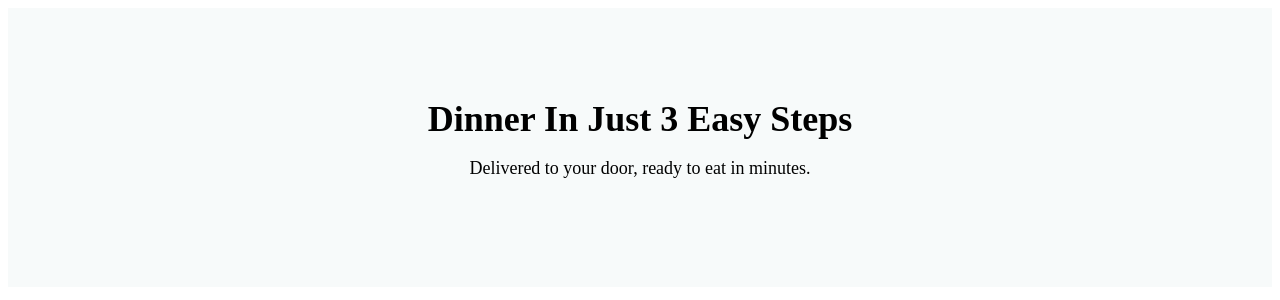
Repository: ST-United-Internship/leadpage
Page: icons-UI.html
The author's editor kept a copy of each file at every save. The page is drawn from the files as they stood at one save, then again after the next save.
The browser window is 1280 px wide. The pictures show the whole page.

Above is the page before, as saved 2023-03-15 09:23:49.

### icons-UI.html
<!DOCTYPE html>
<html lang="en">
<head>
    <meta charset="UTF-8">
    <meta http-equiv="X-UA-Compatible" content="IE=edge">
    <meta name="viewport" content="width=device-width, initial-scale=1.0">
    <title>Document</title>
    <link rel="stylesheet" href="css/icons-UI.css">
</head>
<body>
    <div class="about">
        <div class="title-text">
            <h2>Dinner In Just 3 Easy Steps</h2>
            <p>Delivered to your door, ready to eat in minutes.</p>
        </div>
    </div>
</body>
</html>

### css/icons-UI.css
.about{
    background-color: #f7fafa;
}

.about .title-text{
    text-align: center;
    padding: 90px;
}

.about .title-text h2{
    font-size: 36px;
    margin: 0px 0px 10px 0px;
}

.about .title-text p{
    font-size: 18px;
}

After the next save:
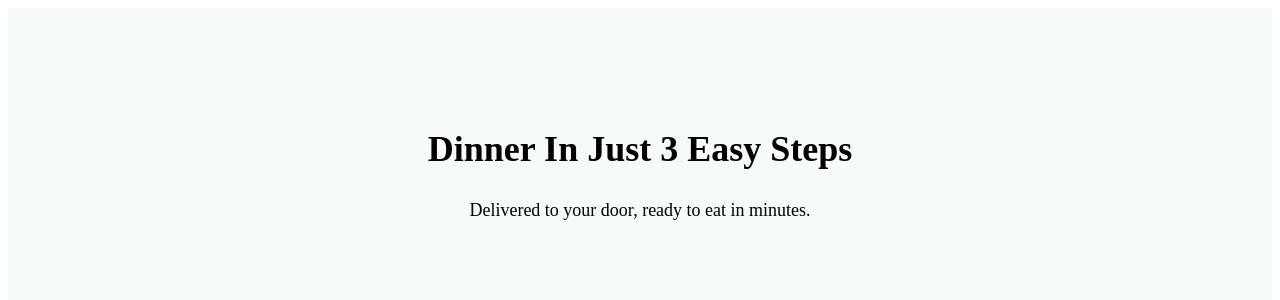
Saved 12 s later.
--- a/css/icons-UI.css
+++ b/css/icons-UI.css
@@ -9,7 +9,7 @@
 
 .about .title-text h2{
     font-size: 36px;
-    margin: 0px 0px 10px 0px;
+    /* margin: 0px 0px 10px 0px; */
 }
 
 .about .title-text p{

After the save that followed:
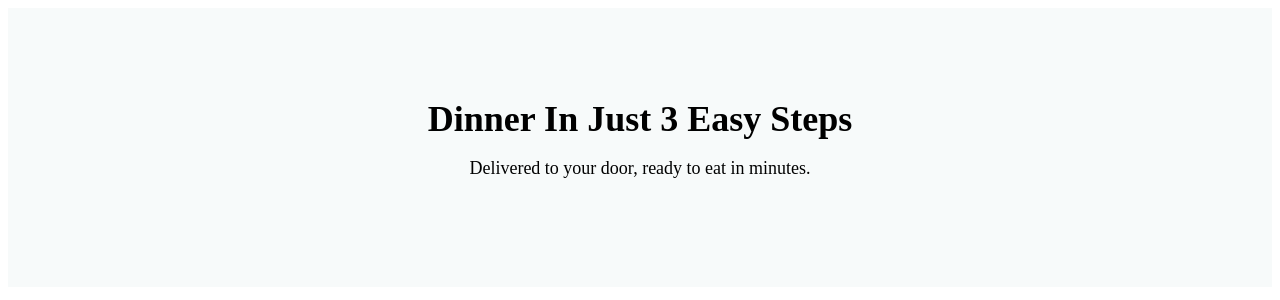
Saved 9 s later.
--- a/css/icons-UI.css
+++ b/css/icons-UI.css
@@ -9,7 +9,7 @@
 
 .about .title-text h2{
     font-size: 36px;
-    /* margin: 0px 0px 10px 0px; */
+    margin: 0px 0px 10px 0px;
 }
 
 .about .title-text p{
